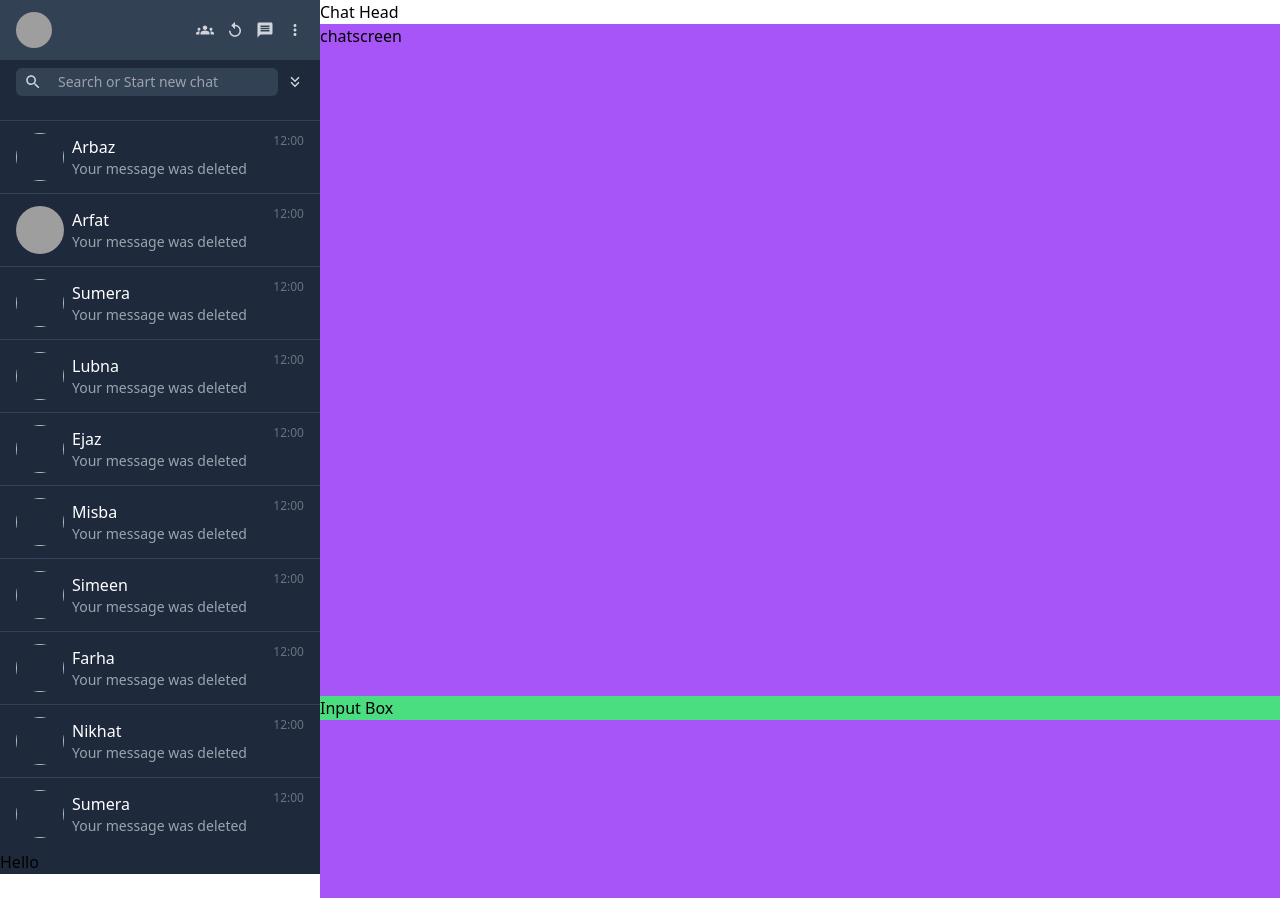
Repository: theanmol-raj/whatsapp
Page: /
An editor plug-in stored every save of this project. The page is shown before and after the next save, followed by the edit.
The browser window is 1280 px wide. The pictures show the whole page.
Pictures or frames that could not be fetched are drawn as grey boxes. The project was rebuilt for these pictures with package versions that can differ from the ones it lists, and the page was loaded fresh each time.

Above is the page before, as saved 2022-12-05 21:15:55.

After the next save:
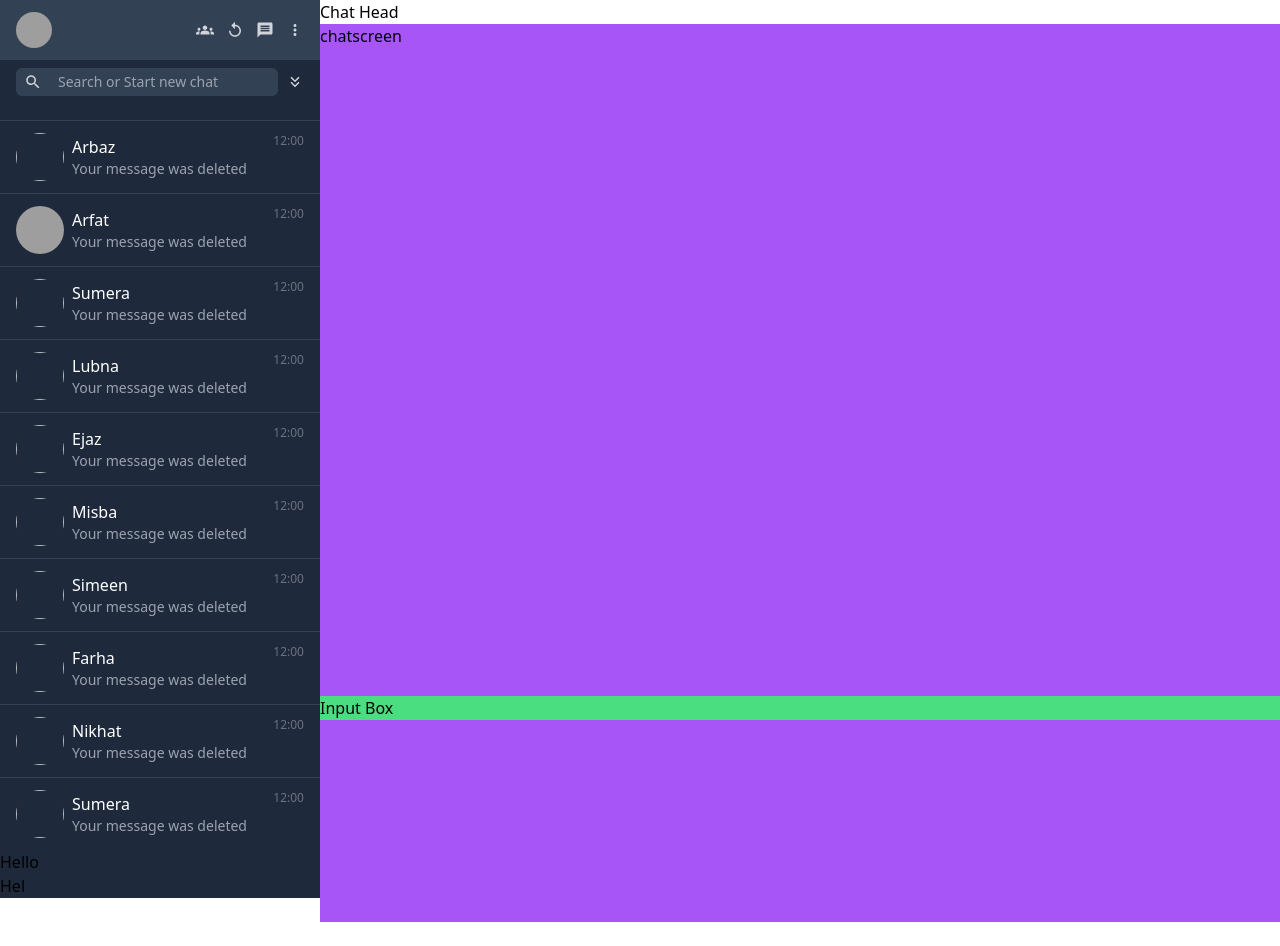
Saved 17 s later.
--- a/src/Components/ContactList.jsx
+++ b/src/Components/ContactList.jsx
@@ -46,7 +46,7 @@ function ContactList() {
         <ContactCard showName="Simeen" />
         <ContactCard showName="Farha" />
         <ContactCard showName="Nikhat" />
-          { [<ContactCard showName="Sumera" /> , <p>Hello</p> ]}
+          { [<ContactCard showName="Sumera" /> , <p>Hello</p> , "Hel" ]}
 
       </div>
 
